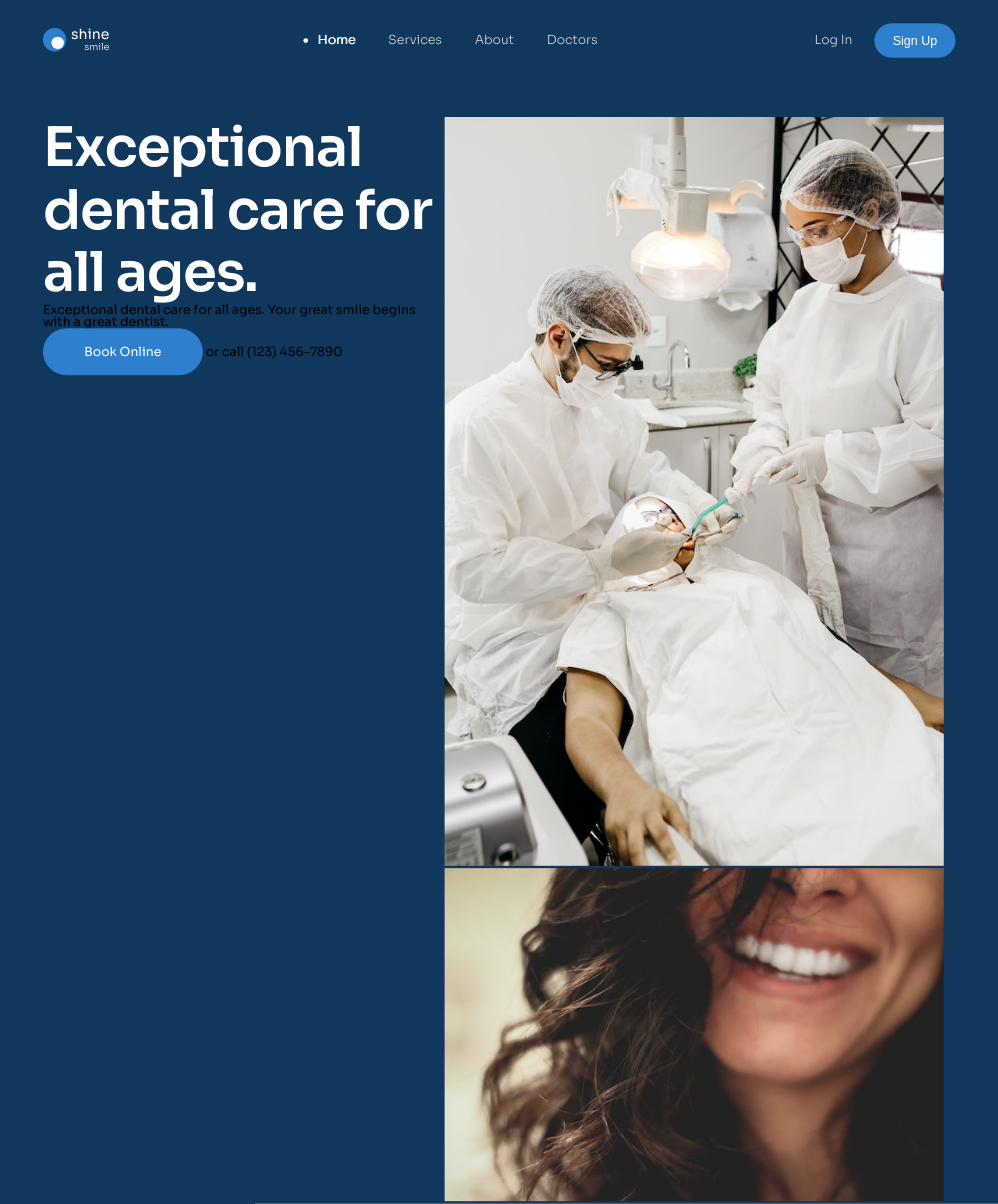
Repository: anhtien111198/f8-htmlcss-03
Page: index.html
The author's editor kept a copy of each file at every save. The page is drawn from the files as they stood at one save, then again after the next save.
The browser window is 1280 px wide. The pictures show the whole page, at 78% of full size.

Above is the page before, as saved 2023-05-12 13:47:16.

After the next save:
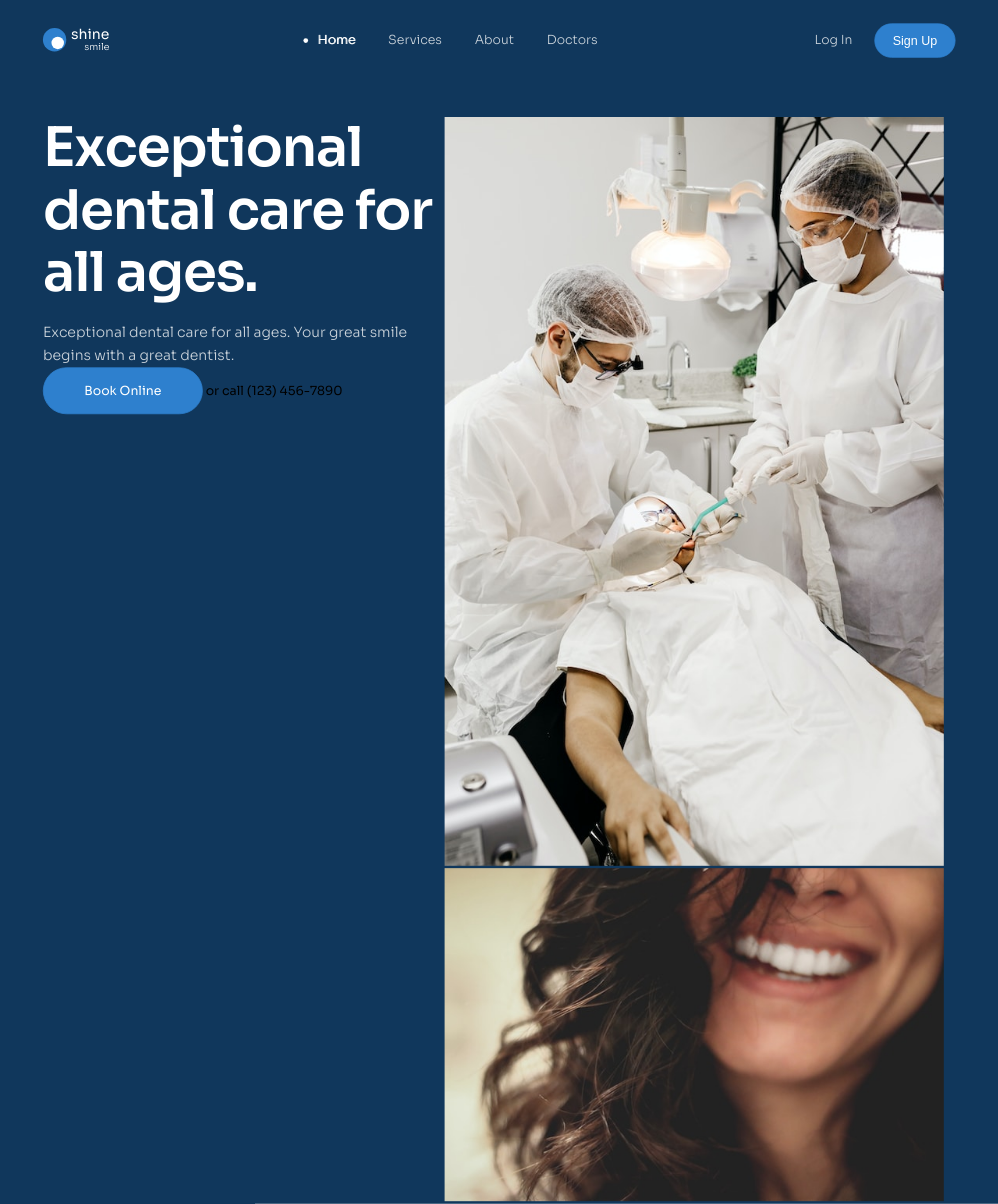
Saved 65 s later.
--- a/assets/css/style.css
+++ b/assets/css/style.css
@@ -146,3 +146,10 @@ a {
     letter-spacing: -0.02em;
     color: #ffffff;
 }
+.hero__desc {
+    padding-top: 22px;
+    font-weight: 300;
+    font-size: 1.8rem;
+    line-height: 1.67;
+    color: #c9d2da;
+}
